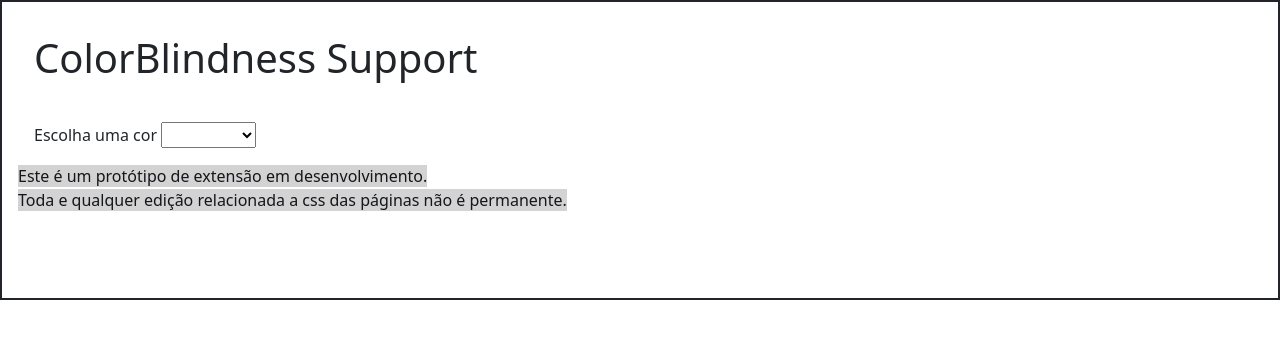
Repository: pedrosiqueira/daltonchrome
Page: popup.html
These files come from the project's save history. The page is drawn as it stood at one moment and after the next save; the edit follows.
The browser window is 1280 px wide. The pictures show the whole page.

Above is the page before, as saved 2022-06-17 13:09:31.

After the next save:
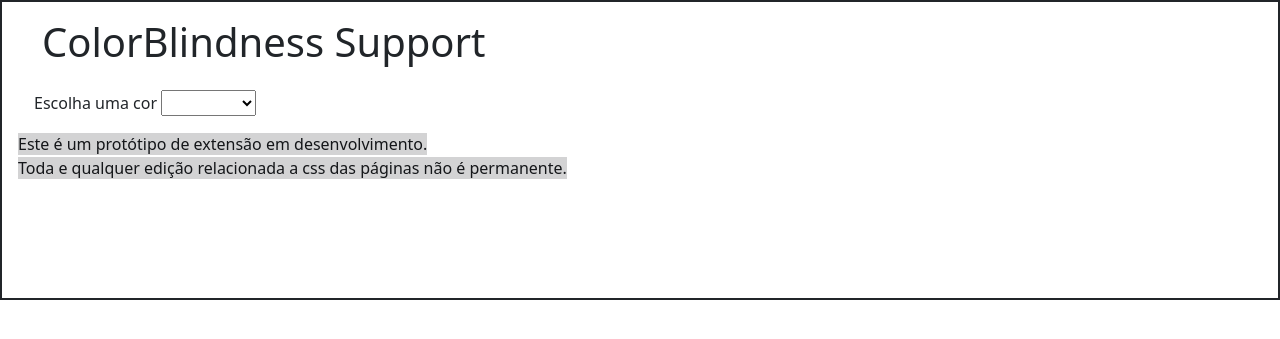
Saved 11 s later.
--- a/popup.html
+++ b/popup.html
@@ -9,7 +9,7 @@
 
 <body class="p-3 flex border border-dark border-2 ">
 
-    <div class="container flex p-3 d-flex row">
+    <div class="container flex row">
 
         <h1> ColorBlindness Support </h1>
         <!--  <div class="form-check form-switch col">
